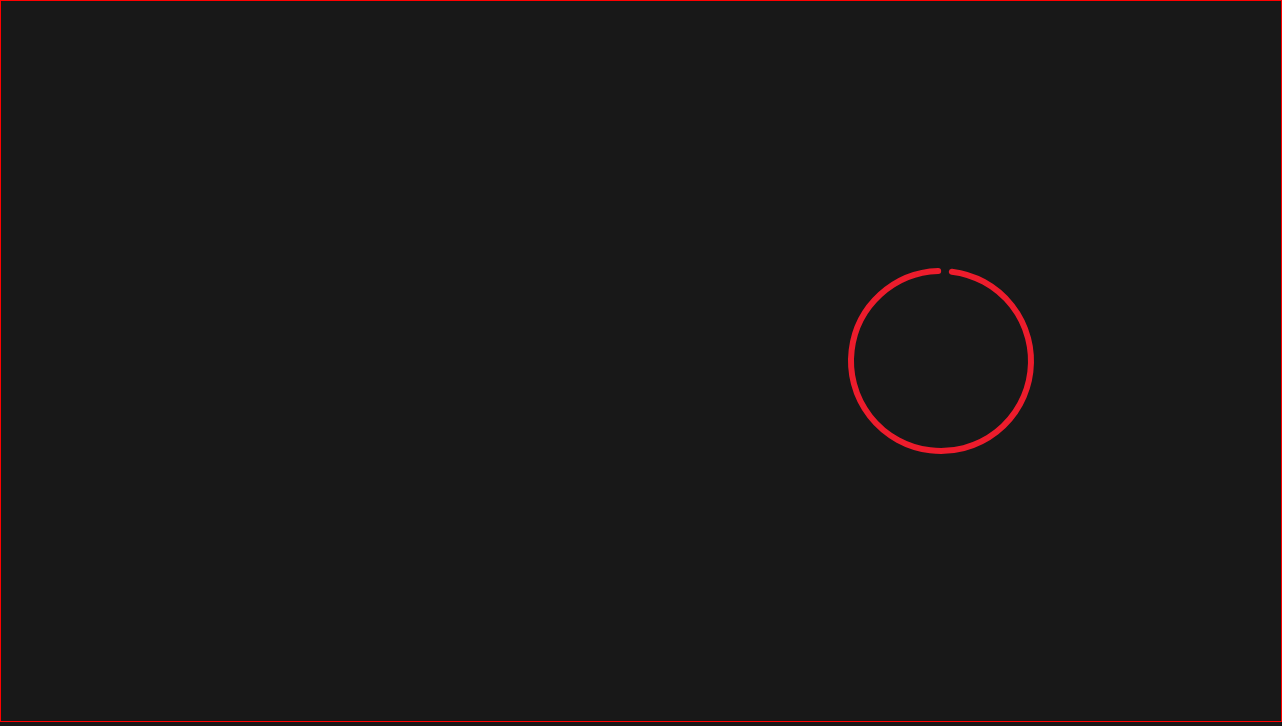
Repository: randy918/chris-canvas-52323
Page: index.html
The author's editor kept a copy of each file at every save. The page is drawn from the files as they stood at one save, then again after the next save.
The browser window is 1280 px wide. The page is 1282 px wide, so the pictures cover 1282 px, including what lies to the right of the window. The pictures show the whole page.
The style sheet was rebuilt from its Sass, Less or Tailwind sources for each picture, by a compiler version that may differ from the author's.

Above is the page before, as saved 2023-05-26 18:15:46.

### index.html
<!DOCTYPE html>
<html lang="en">
	<head>
		<meta charset="UTF-8" />
		<meta http-equiv="X-UA-Compatible" content="IE=edge" />
		<meta
			name="viewport"
			content="width=device-width, initial-scale=1.0"
		/>
		<link
			rel="stylesheet"
			href="css/main.css"
			<script
			src="https://ajax.googleapis.com/ajax/libs/jquery/3.6.3/jquery.min.js"
			defer
		/>

		<title>Canvas Resize</title>
	</head>

	<body>
		<canvas></canvas>

		<script src="js/myfunctions.js"></script>
		<script src="js/canvas.js"></script>
	</body>
</html>

<!-- ca1f26ba6eb2ba4fb641257b39d3bea7 -->

### js/myfunctions.js
//todo   function r(min, max)  Random integers, can be just 'max'
//todo   function getTime()--works! it is 72519.1414 format
//todo   function getCompleteDate()
//todo   function getMinute()
//todo   function getHour()
//todo   function getHour00()
//todo   function get24Hour()
//todo   function get24Hour00()
//todo   function getDay()
//todo   function getDay00()
//todo   function getMonth()
//todo   function getMonth00()
//todo   function getYear()
//todo   function getYear00()
//todo   function t()    eternal timestamp long number
//todo   function placeText(myIdClass, text)   unsure if it works?
//todo   function placeText2(myIdClass, text)   unsure if it works?
//todo   function getText(myIdClass)....brings whole line incl. tags
//todo   function getInnerText(myIdClass)
//todo   function getOuterText(myIdClass)
//todo   function addClass(myIdClass, newClass)
//todo   function removeClass(myIdClass, removeClass)
//todo   function changeBackgroundColor(myIdClass, color)
//todo   function changeTypeColor(myIdClass, color)
//todo   function changeTypeSize(myIdClass, size)
//todo   function addCSSText(myIdClass, text)



function r(min, max) {
  // 2.0, accepts single value for 1-x
  if (max === undefined) {
    max = min;
    min = 1;
  }
  const randomNumber = min - 1 + Math.ceil(Math.random() * (max + 1 - min));
  return randomNumber;
}
// may not be a real function
function getTime() {
  var today = new Date();
  var codeMonth = today.getMonth() + 1;
  var codeDay = today.getDate();
  if (codeDay < 10) {
    codeDay = "0" + codeDay;
  }
  var codeMinute = today.getMinutes();
  var codeHour = today.getHours();
  if (codeMinute < 10) {
    codeMinute = "0" + codeMinute;
  }
  if (codeHour < 10) {
    codeHour = "0" + codeHour;
  }
  var codeYear = today.getFullYear() - 2000;
  var dateTime =
    codeMonth + "" + codeDay + "" + codeYear + "." + codeHour + "" + codeMinute;
  // document.getElementById(`timeStamp`).innerHTML = dateTime;
  t = setTimeout(function () {
    getTime();
  }, 30000);
  return dateTime;
}

function getCompleteDate() {
  const today = new Date();
  return today;
}

function getMinute() {
  const today = new Date();
  const codeMinute = today.getMinutes();
  if (codeMinute < 10) {
    codeMinute = "0" + codeMinute;
  }
  return codeMinute;
}

function getMinute00() {
  const today = new Date();
  let codeMinute = today.getMinutes();
  if (codeMinute < 10) {
    codeMinute = "0" + codeMinute;
  }
  return codeMinute;
}

function getHour() {
  const today = new Date();
  let codeHour = today.getHours();
  if (codeHour > 12) {
    codeHour = codeHour - 12;
  }
  return codeHour;
}

function getAmPm() {
  let amPm = "am";
  const today = new Date();
  let codeHour = today.getHours();
  if (codeHour > 12) {
    amPm = "pm";
  }
  return amPm;
}

function getHour00() {
  const today = new Date();
  const codeHour = today.getHours();
  if (codeHour > 12) {
    codeHour = codeHour - 12;
  }
  if (codeHour < 10) {
    codeHour = "0" + codeHour;
  }
  return codeHour;
}

function get24Hour() {
  const today = new Date();
  const codeHour = today.getHours();
  return codeHour;
}

function get24Hour00() {
  const today = new Date();
  const codeHour = today.getHours();
  if (codeHour < 10) {
    codeHour = "0" + codeHour;
  }
  return codeHour;
}

function getDayVerbal() {
  const today = new Date();
  const codeDay = today.getDay() + 1;
  return theDay[codeDay];
}

function getDay00() {
  const today = new Date();
  const codeDay = today.getDate();
  if (codeDay < 10) {
    codeDay = "0" + codeDay;
  }
  return codeDay;
}

function getDay() {
  const today = new Date();
  const codeDay = today.getDate();
  return codeDay;
}

function getMonthVerbal() {
  const today = new Date();
  const codeMonth = today.getMonth() + 1;
  return theMonth[codeMonth];
}

function getMonth00() {
  const today = new Date();
  const codeMonth = today.getMonth() + 1;
  if (codeMonth < 10) {
    codeMonth = "0" + codeMonth;
  }
  return codeMonth;
}

function getMonth() {
  const today = new Date();
  const codeMonth = today.getMonth() + 1;
  return codeMonth;
}

function getYear00() {
  const today = new Date();
  const codeYear = today.getYear() - 100;
  if (codeYear < 10) {
    codeMYear = "0" + codeYear;
  }
  return codeYear;
}

function getYear() {
  const today = new Date();
  const codeYear = today.getYear() + 1900;
  return codeYear;
}

function t() {
  const now = new Date();
  eventTimestamp = now.getTime();
  // c(eventTimestamp);
  return eventTimestamp;
}
//    !  72419.1659 DOM MANIPULATION
//!
//!  placeText   element name, and text to put there--runs loosely?

function placeText(myIdClass, text) {
  const myElement = document.querySelector(myIdClass);
  myElement.innerText = text;
}
//    the function is longer than the original
// $(myIdClass).text(text)   <---works
function placeText2(myIdClass, text) {
  $(myIdClass).text(text);
}
function getText(myIdClass) {
  return document.querySelector(myIdClass);
}

function getInnerText(myIdClass) {
  return document.querySelector(myIdClass).innerHTML;
}

function getOuterText(myIdClass) {
  return document.querySelector(myIdClass).outerHTML;
}

function addClass(myIdClass, newClass) {
  document.querySelector(myIdClass).classList.add(newClass);
}

function removeClass(myIdClass, removeClass) {
  document.querySelector(myIdClass).classList.remove(removeClass);
}
// not sure what this one is for now
function containsClass(myIdClass, containsClass) {
  document.querySelector(myIdClass).classList.contains(containsClass);
}
// above, can switch and toggle  also  mmtuts YOUTUBE 29-31 USING JAVASCRIPT
function changeBackgroundColor(myId, color) {
  document.getElementById(myId).style.background = color;

  // document.querySelector(myIdClass).style.backgroundColor = color;
}

function changeTypeColor(myIdClass, color) {
  document.querySelector(myIdClass).style.color = color;
}

function changeTypeSize(myIdClass, size) {
  document.querySelector(myIdClass).style.fontSize = size;
}

function addCSSText(myIdClass, text) {
  document.querySelector(myIdClass).style.cssText = text;
}

//!  72519.1714    Common Basic VARIABLE ARRAYS
var theDay = new Array(
  "Zero",
  "Sunday",
  "Monday",
  "Tuesday",
  "Wednesday",
  "Thursday",
  "Friday",
  "Saturday"
);
var theDayMin3 = new Array(
  "Zero",
  "Sun.",
  "Mon.",
  "Tues.",
  "Wed.",
  "Thurs.",
  "Fri.",
  "Sat."
);
var theDayMin2 = new Array("Zero", "S", "M", "Tu", "W", "Th", "F", "S");
var theDayMin1 = new Array("Zero", "S", "M", "T", "W", "T", "F", "S");
var theMonth = new Array(
  "Zero",
  "January",
  "February",
  "March",
  "April",
  "May",
  "June",
  "July",
  "August",
  "September",
  "October",
  "November",
  "December"
);
var theMonthMin = new Array(
  "Zero",
  "Jan.",
  "Feb.",
  "Mar.",
  "Apr.",
  "May",
  "June",
  "July",
  "Aug.",
  "Sept.",
  "Oct.",
  "Nov.",
  "Dec."
);

function showDateTimeFormat() {
  const today = new Date();
  const formattedDate = new Intl.DateTimeFormat("en-US").format(today);
  const consoleFunctioningMessage = `
Console functioning: ${getDayVerbal()}, ${getMonthVerbal()} ${getDay()} at ${getHour()}:${getMinute00()}${getAmPm()}
  `;
  return consoleFunctioningMessage;
}
showDateTimeFormat();

console.log(`%c${showDateTimeFormat()}`, "font-size: 20px; color: gray");

//console.log("%cThis is a default font style", "color: blue; font-size: 20px");

### js/canvas.js
//!  121822.0826        FUNCTIONS

const init = function () {
	main();
};

window.onload = function () {
	init();
};

//!  123122.1839        MAIN================================================

const main = function () {
	//!  10123.1609  variables

	const canvas = document.querySelector("canvas");
	canvas.width = window.innerWidth;
	canvas.height = window.innerHeight;

	let defaultX = canvas.width / 2;
    let defaultY = canvas.height / 2;

    let dx = 1;


	const DEFAULTWIDTH = 200;
	const DEFAULTHEIGHT = 200;
	const DEFAULTSTROKEWIDTH = 6;

	let defaultWidth = DEFAULTWIDTH;
	let defaultHeight = DEFAULTHEIGHT;
	let defaultStrokeWidth = DEFAULTSTROKEWIDTH;

	const c = canvas.getContext("2d");

	//!  10123.1609 functions

	//!  10123.1609 LIBRARY

	const c_Animate = function () {
        requestAnimationFrame(c_Animate);
        c.clearRect(0, 0, innerWidth, innerHeight);

        c_Circle(defaultX, defaultY, 90);
        defaultX +=dx;


	};

	const c_Circle = function (
		defaultX,
		defaultY,
		size,
		defaultHeight
	) {
		c.beginPath();
		c.arc(defaultX, defaultY, size, -1.45, 1.49 * Math.PI);
		c.stroke();
	};

	const c_Fill = function (color, size) {
		c.fillStyle = color;
	};

	const c_Square = function (defaultX, defaultY, size) {
		c.beginPath();
		c.fillRect(
			defaultX - size / 2,
			defaultY - size / 2,
			size,
			size
		);
		c.stroke();
	};

	const c_Stroke = function (color, size) {
		c.strokeStyle = color;
		c.lineWidth = defaultStrokeWidth;
        c.lineCap = "round";

	};

	//!  10123.161 0  main body=========================================

	//line
	c_Stroke("#ed1c2c");
	c_Circle(defaultX, defaultY, 90);
	c_Fill("#05b500");
	c_Square(defaultX, defaultY, 90);
	c_Animate();
};

//!  123122.1839  END

### css/main.scss
$colors: (
    bg: rgba(55, 66, 76, 1),
    theGreen: rgba(0, 173, 43, 1),
    theRed: rgba(194, 47, 51, 1),
    theOrange: rgba(255, 103, 0, 1),
    theRodeoPink: #f1a1a4,
    theRodeoBlue: #7f86b0,
    theYellow: rgb(221, 172, 94),
    theGray: rgb(78, 92, 107),
    theBackground: rgba(241, 227, 214, 1),
    theDarkGray: rgba(43, 50, 56, 1),
    theBrown: rgba(101, 42, 36, 1),
    bitByBitRed: rgba(240, 44, 80, 1),
    bitByBitBlue: rgba(0, 79, 136, 1),
    bitByBitBlonde: rgba(241, 227, 214, 1),
    bbb2-TranquilSea: rgba(188, 199, 203, 1),
    bbb2-RedMyMind: rgba(143, 57, 56, 1),
    bbb2-SnowyPine: rgba(226, 223, 216, 1),
    bbb2-Basswood: rgba(188, 166, 142, 1),
    bbb2-CompassBlue: rgba(51, 66, 87, 1),
    f1: rgba(237, 28, 44, 1),
    f2: rgba(240, 87, 35, 1),
    f3: rgba(242, 203, 21, 1),
    f4: rgba(5, 181, 0, 1),
    f5: rgba(0, 29, 150, 1),
    f6: rgba(50, 50, 50, 1),
    f7: rgba(36, 36, 36, 1),
    f8: rgba(24, 24, 24, 1),
);

@function getColor($color-name) {
    @return map-get($colors, $color-name);
}

* {
    box-sizing: border-box;
    border: none;
}

body {
    color: getColor(bbb2-TranquilSea);
    background: getColor(f8);
    margin: 0;
}

h1 {
}

#inputValue {
    width: 40vw;
    font-size: 2vw;
    outline: none;
}

#search {
    color: beige;
    background-color: getColor(theDarkGray);
    outline: none;
    font-size: 2vw;
}

canvas {
    border: 1px solid red;
}

After the next save:
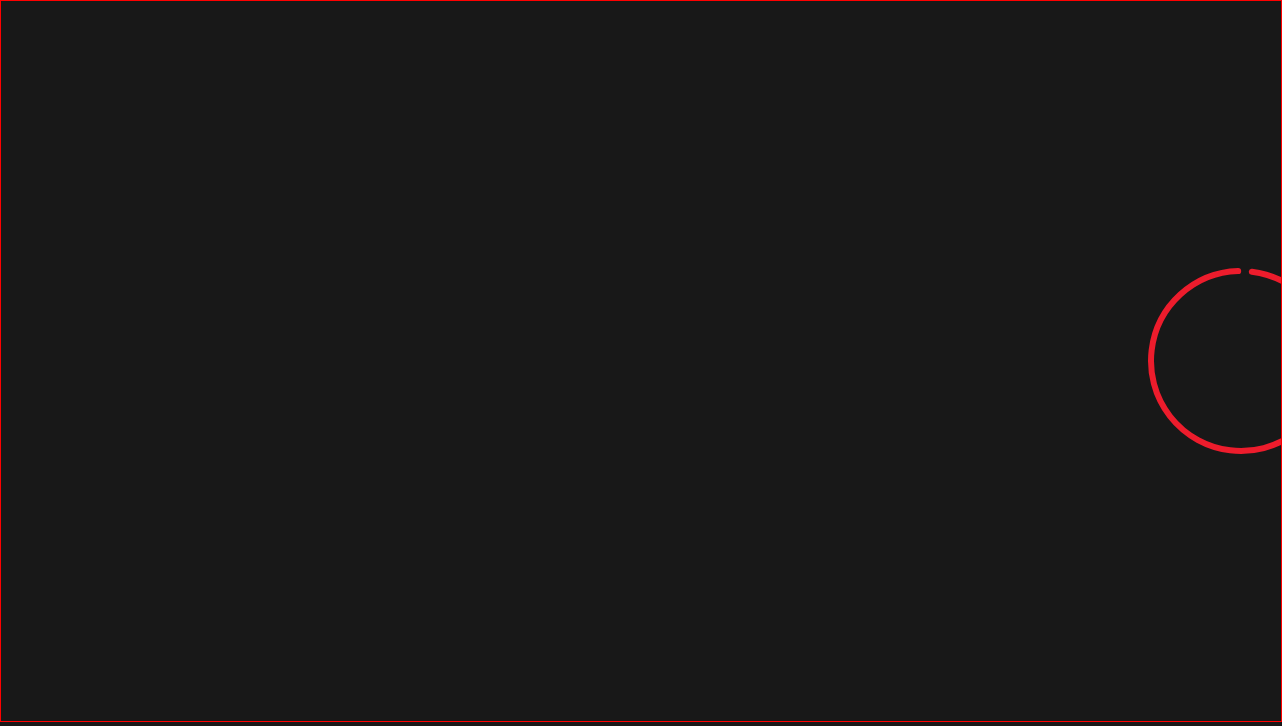
Saved 23 s later.
--- a/js/canvas.js
+++ b/js/canvas.js
@@ -20,7 +20,7 @@ const main = function () {
 	let defaultX = canvas.width / 2;
     let defaultY = canvas.height / 2;
 
-    let dx = 1;
+    let dx = 2;
 
 
 	const DEFAULTWIDTH = 200;
